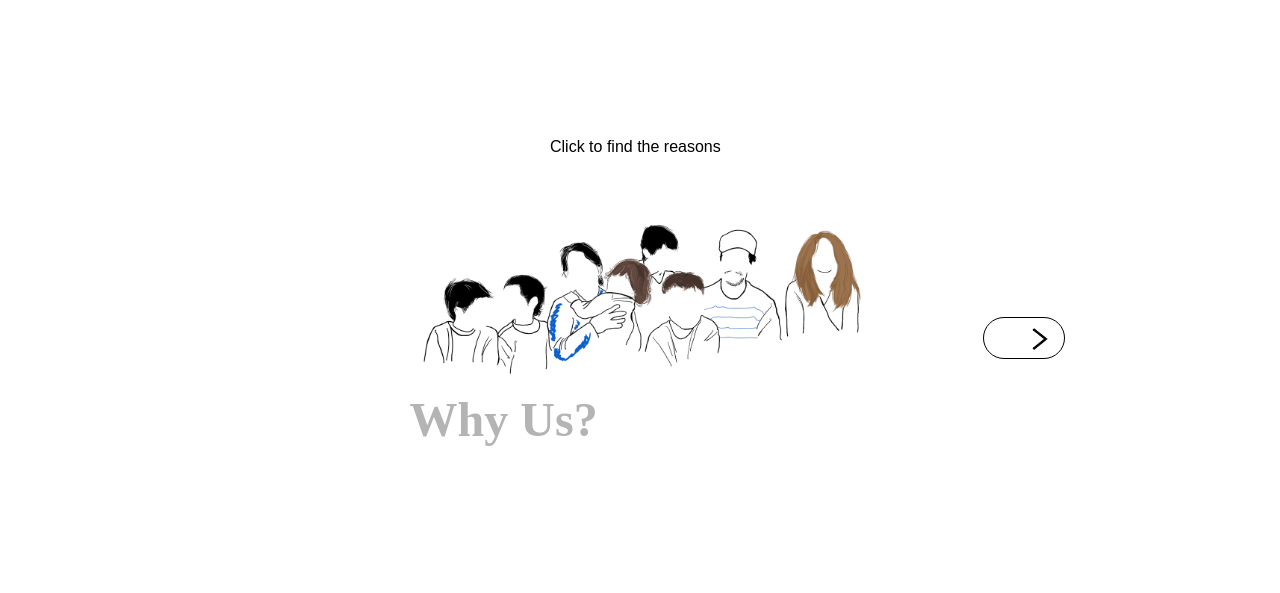
Repository: Lettie123/webpr4
Page: dis.html
An editor plug-in stored every save of this project. The page is shown before and after the next save, followed by the edit.
The browser window is 1280 px wide. The pictures show the whole page.

Above is the page before, as saved 2020-12-03 12:30:42.

After the next save:
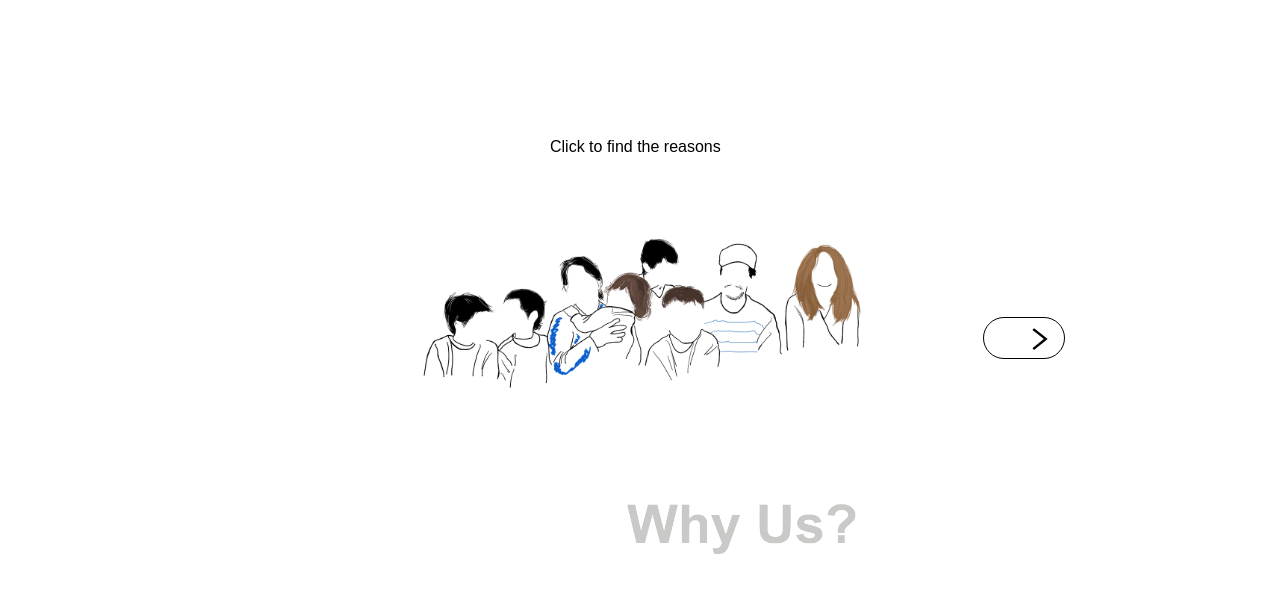
Saved 9 min 24 s later.
--- a/dis.html
+++ b/dis.html
@@ -13,15 +13,15 @@
         </h1>
         </div>
     </div>
-        <div id="whyusfm" style="width:35%; position:absolute; top:25%; left:0%;">
+        <div id="whyusfm" style="width:35%; position:absolute; top:27%; left:0%;">
         <span>
             <img src="po/28.png" style="width:100% ;" >
         </span>
         </div>
-        <div id="whyus">
-            <h1 style="position:absolute; top:50%; left:32%;font-size: 48px;color: #b4b4b4; font-weight: bolder; ">
-            Why Us?
-            </h1>
+        <div id="whyus"style="width:18%; position:absolute; top:69%; left:49%;">
+            <span>
+                <img src="txt/whyus0.png" style="width:100% ;" >
+            </span>
         </div>
 
     <div id="chatb" style="display: none;">
